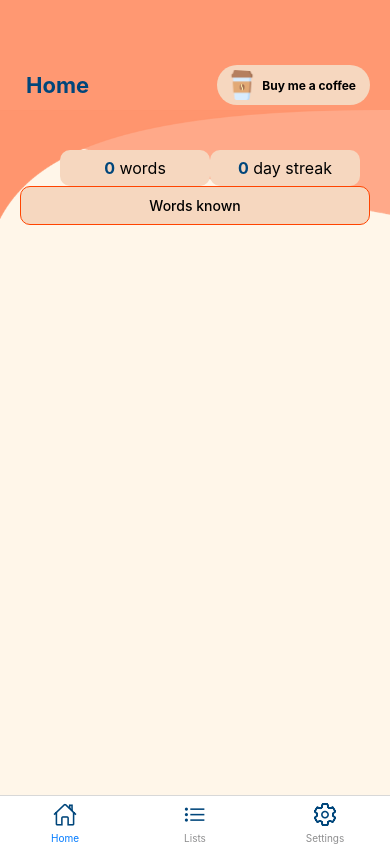
Repository: David-Waite/SpellingApp
Screen: /
An editor plug-in stored every save of this project. The screen is shown before and after a run of saves, followed by the edit.
The app was drawn by React Native's web renderer in a window 390 px wide. The project was rebuilt for these pictures with package versions that can differ from the ones it lists, and the page was loaded fresh each time. Also part of the build but not shown: screens/Settings.js, screens/SpellWord.js, screens/WordsLearnt.js, screens/WordListOverview.js, screens/WordLists.js, screens/Donate.js.

Above is the screen before, as saved 2023-06-22 22:28:20.

After the next 2 saves:
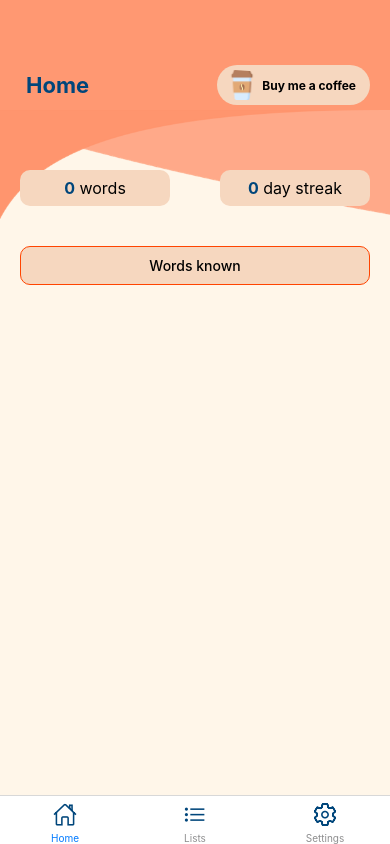
The 2 saves are shown as one change because they came seconds apart.
The last was saved 7 s later.
--- a/screens/Home.js
+++ b/screens/Home.js
@@ -40,11 +40,10 @@ const styles = StyleSheet.create({
   statContainer: {
     flexDirection: "row",
     justifyContent: "space-between",
-    marginHorizontal: 40,
+    marginVertical: 40,
   },
   container: {
     padding: 20,
-    paddingTop: 40,
   },
   ImageBackground: {
     resizeMode: "contain",
